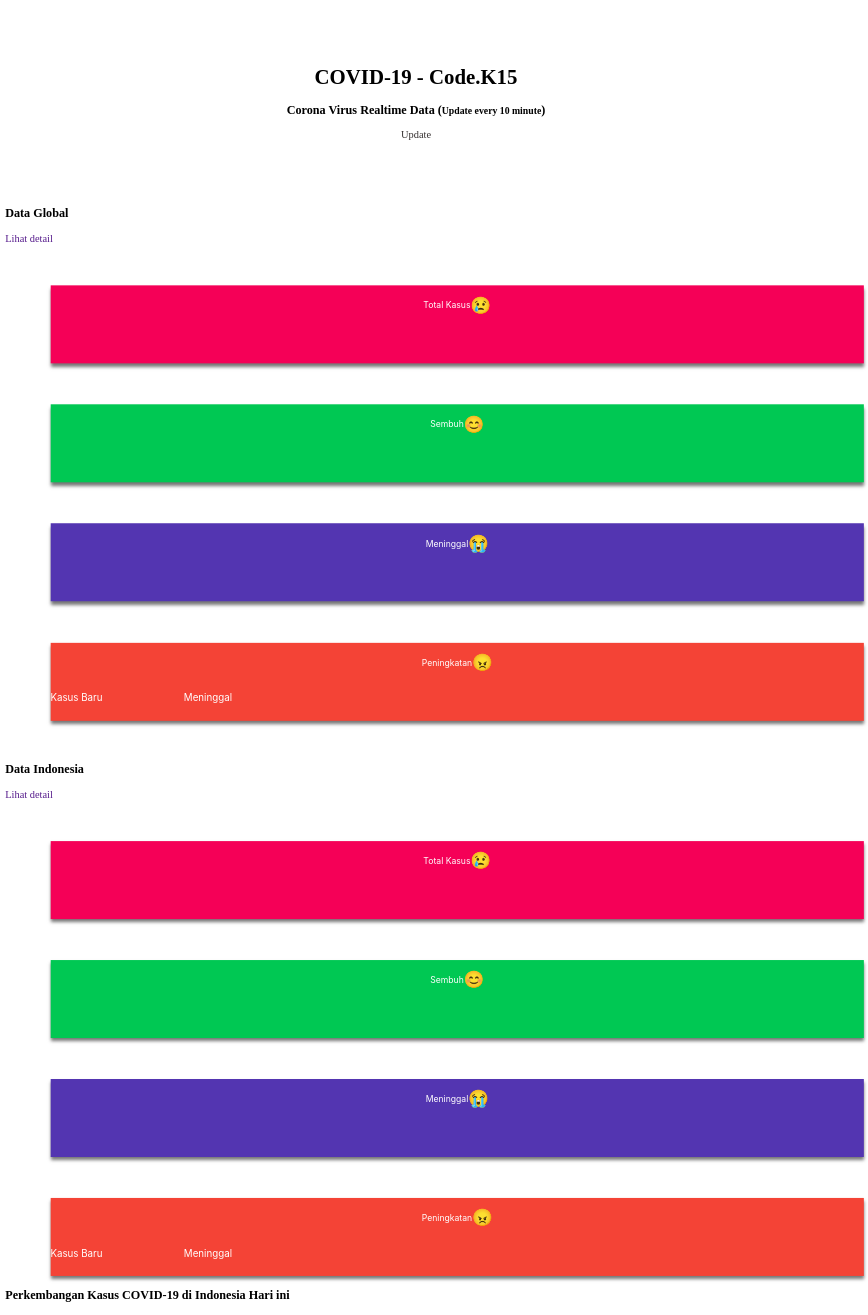
Repository: fathur15/covid19-monitoring
Page: http://localhost/covid19/apps/views/data/main/dashboard.php
An editor plug-in stored every save of this project. The page is shown before and after the next save, followed by the edit.
The browser window is 1280 px wide. The page is 1335 px wide, so the pictures cover 1335 px, including what lies to the right of the window. The pictures show the whole page, at 65% of full size.
The page is run by PHP 8.4 with error messages shown; the project is at /var/www/html/.

Above is the page before, as saved 2020-04-14 14:03:22.

After the next save:
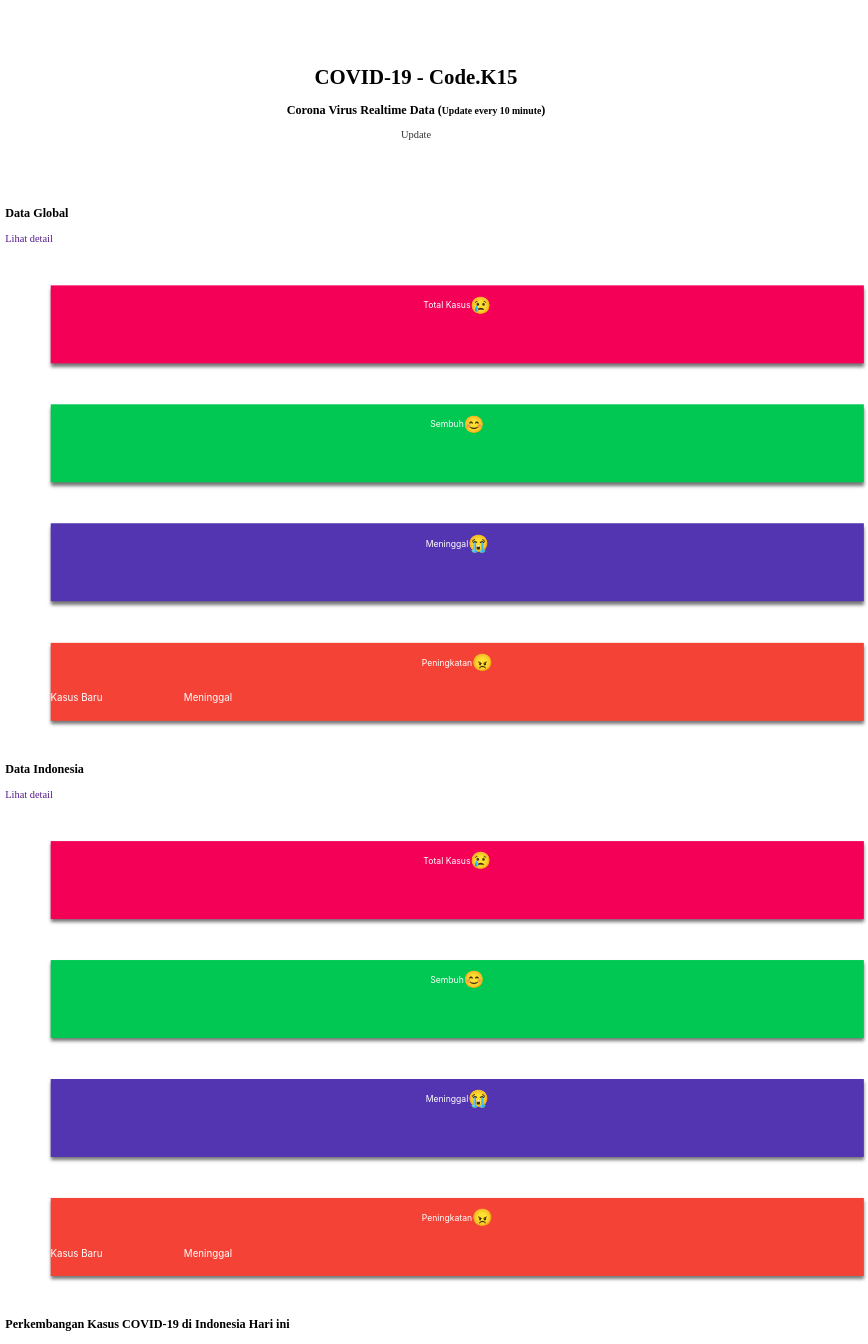
Saved 6 s later.
--- a/apps/views/data/main/dashboard.php
+++ b/apps/views/data/main/dashboard.php
@@ -125,7 +125,7 @@
                             <p class="card-text" id="meninggal-indonesia"></p>
                         </div>
                     </div>
-                    <div class="card col-sm-3 shadow-box" style="margin: 0.5%; height: 120px; background: #f44336">
+                    <div class="card col-sm-3 shadow-box" style="margin: 5% 0.5%; height: 120px; background: #f44336">
                         <div class="card-body">
                             <div style="flex-direction: row; display: flex; justify-content: center; align-items: center;">
                                 <h5 id="title-kasus-indonesia" class="card-text">Peningkatan</h5>
